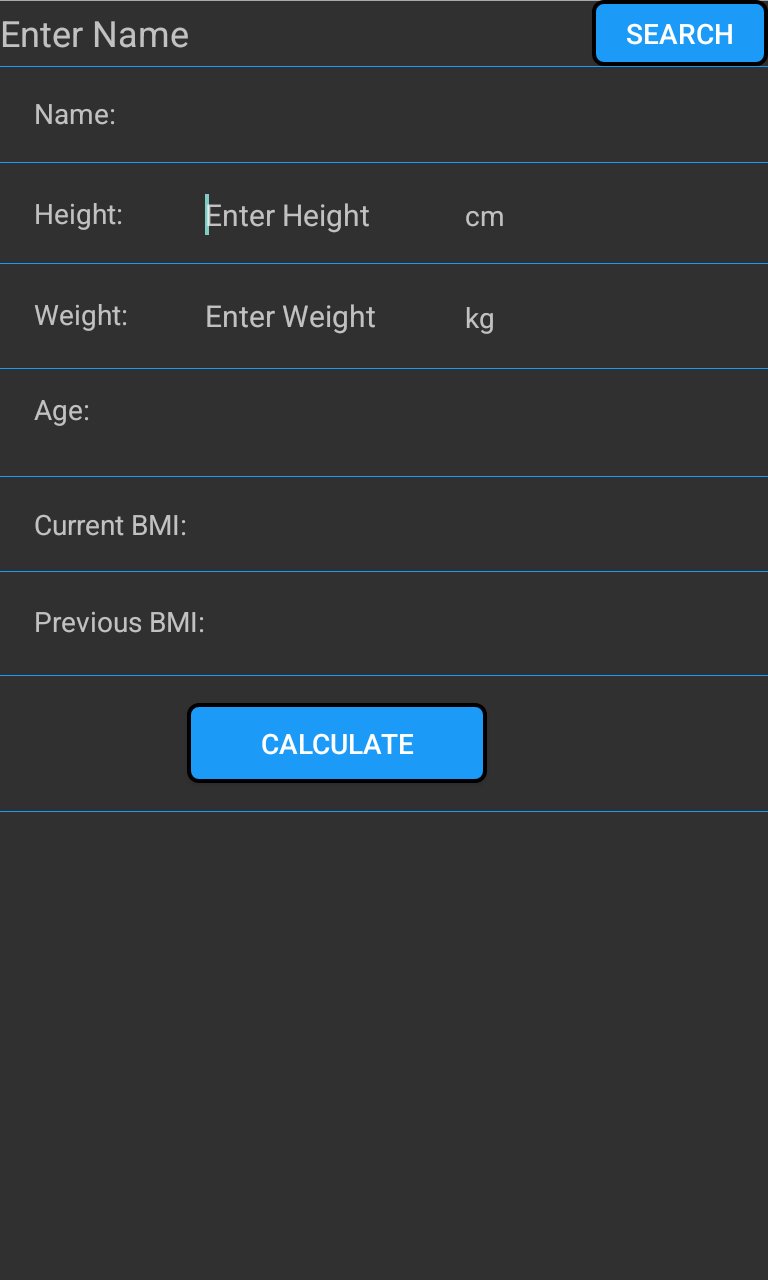
Repository: Team-7/prototype.6
Layout: workspace/Hope World Wide/res/layout/bmi.xml
These files come from the project's save history. The layout is drawn as it stood at one moment and after the next save; the edit follows.
It is drawn on a 768 x 1280 px phone screen (xhdpi) without system bars, with theme AppTheme; the app's code is not run.

Above is the layout before, as saved 2014-05-31 12:40:04.

### workspace/Hope World Wide/res/layout/bmi.xml
<?xml version="1.0" encoding="utf-8"?>
<RelativeLayout xmlns:android="http://schemas.android.com/apk/res/android"
    xmlns:tools="http://schemas.android.com/tools"
    android:id="@+id/container"
    android:layout_width="match_parent"
    android:layout_height="wrap_content"
    android:focusable="true"
    tools:context="com.example.hwwv2.MainActivity"
    tools:ignore="MergeRootFrame" >

    <AutoCompleteTextView
        android:id="@+id/auto_names"
        android:layout_width="match_parent"
        android:layout_height="33dp"
        android:layout_alignParentLeft="true"
        android:layout_alignParentTop="true"
        android:layout_toLeftOf="@+id/button2"
        android:background="@null"
        android:ems="10"
        android:hint="@string/search"
        android:inputType="text" />

    <View
        android:id="@+id/view1"
        android:layout_width="fill_parent"
        android:layout_height="0.2dp"
        android:layout_alignParentLeft="true"
        android:layout_below="@+id/auto_names"
        android:background="#1B9AF7"
        android:paddingBottom="3dp" />

    <TextView
        android:id="@+id/Name"
        android:layout_width="wrap_content"
        android:layout_height="wrap_content"
        android:layout_alignParentLeft="true"
        android:layout_below="@+id/auto_names"
        android:layout_marginLeft="17dp"
        android:layout_marginTop="14dp"
        android:text="@string/name" />

    <View
        android:id="@+id/View01"
        android:layout_width="fill_parent"
        android:layout_height="0.2dp"
        android:layout_alignParentLeft="true"
        android:layout_below="@+id/Name"
        android:layout_marginTop="15dp"
        android:background="#1B9AF7"
        android:paddingBottom="3dp" />

    <TextView
        android:id="@+id/textView1"
        android:layout_width="wrap_content"
        android:layout_height="wrap_content"
        android:layout_alignLeft="@+id/Name"
        android:layout_below="@+id/Name"
        android:layout_marginTop="31dp"
        android:text="@string/height" />

    <View
        android:id="@+id/View02"
        android:layout_width="fill_parent"
        android:layout_height="0.2dp"
        android:layout_alignParentLeft="true"
        android:layout_below="@+id/heightvalue"
        android:layout_marginTop="14dp"
        android:background="#1B9AF7"
        android:paddingBottom="3dp" />

    <TextView
        android:id="@+id/weight"
        android:layout_width="wrap_content"
        android:layout_height="wrap_content"
        android:layout_alignLeft="@+id/textView1"
        android:layout_below="@+id/heightvalue"
        android:layout_marginTop="30dp"
        android:text="@string/weight" />

    <View
        android:id="@+id/View03"
        android:layout_width="fill_parent"
        android:layout_height="0.2dp"
        android:layout_alignParentLeft="true"
        android:layout_below="@+id/editText2"
        android:layout_marginTop="16dp"
        android:background="#1B9AF7"
        android:paddingBottom="3dp" />

    <View
        android:id="@+id/View05"
        android:layout_width="fill_parent"
        android:layout_height="0.2dp"
        android:layout_alignParentLeft="true"
        android:layout_below="@+id/View05"
        android:background="@android:color/darker_gray"
        android:paddingBottom="3dp" />

    <TextView
        android:id="@+id/textView3"
        android:layout_width="wrap_content"
        android:layout_height="wrap_content"
        android:layout_alignBaseline="@+id/heightvalue"
        android:layout_alignBottom="@+id/heightvalue"
        android:layout_alignRight="@+id/heightvalue"
        android:text="@string/cm" />

    <TextView
        android:id="@+id/textView4"
        android:layout_width="wrap_content"
        android:layout_height="wrap_content"
        android:layout_alignBottom="@+id/editText2"
        android:layout_alignLeft="@+id/textView3"
        android:text="@string/kg" />

    <TextView
        android:id="@+id/age"
        android:layout_width="wrap_content"
        android:layout_height="wrap_content"
        android:layout_alignLeft="@+id/weight"
        android:layout_below="@+id/editText2"
        android:layout_marginTop="27dp"
        android:text="@string/age" />

    <Button
        android:id="@+id/button2"
        android:layout_width="wrap_content"
        android:layout_height="wrap_content"
        android:layout_alignBottom="@+id/auto_names"
        android:layout_alignParentRight="true"
        android:layout_alignParentTop="true"
        android:background="@drawable/calculate"
        android:text="@string/mySearch"
        android:textColor="#ffffff" />

    <TextView
        android:id="@+id/textView5"
        android:layout_width="match_parent"
        android:layout_height="wrap_content"
        android:layout_above="@+id/textView1"
        android:layout_alignLeft="@+id/heightvalue"
        android:textSize="15sp" />

    <EditText
        android:id="@+id/editText2"
        android:layout_width="150dp"
        android:layout_height="wrap_content"
        android:layout_alignTop="@+id/weight"
        android:layout_toRightOf="@+id/bmi"
        android:background="@null"
        android:ems="10"
        android:hint="@string/weightHint"
        android:inputType="numberDecimal"
        android:maxLength="4"
        android:textSize="15sp" />

    <View
        android:id="@+id/View06"
        android:layout_width="fill_parent"
        android:layout_height="0.2dp"
        android:layout_alignParentLeft="true"
        android:layout_below="@+id/textView2"
        android:layout_marginTop="14dp"
        android:background="#1B9AF7"
        android:paddingBottom="3dp" />

    <TextView
        android:id="@+id/textView9"
        android:layout_width="100dp"
        android:layout_height="wrap_content"
        android:layout_alignLeft="@+id/textView6"
        android:layout_alignTop="@+id/textView2"
        android:textSize="15sp" />

    <View
        android:id="@+id/View07"
        android:layout_width="fill_parent"
        android:layout_height="0.2dp"
        android:layout_alignParentLeft="true"
        android:layout_below="@+id/textView7"
        android:layout_marginTop="16dp"
        android:background="#1B9AF7"
        android:paddingBottom="3dp" />

    <Button
        android:id="@+id/button1"
        android:layout_width="150dp"
        android:layout_height="40dp"
        android:layout_below="@+id/textView7"
        android:layout_marginTop="30dp"
        android:layout_toRightOf="@+id/textView2"
        android:background="@drawable/calculate"
        android:text="@string/calculate"
        android:textColor="#ffffff" />

    <View
        android:id="@+id/View08"
        android:layout_width="fill_parent"
        android:layout_height="0.2dp"
        android:layout_alignParentLeft="true"
        android:layout_below="@+id/button1"
        android:layout_marginTop="14dp"
        android:background="#1B9AF7"
        android:paddingBottom="3dp" />

    <TextView
        android:id="@+id/textView10"
        android:layout_width="300dp"
        android:layout_height="wrap_content"
        android:layout_below="@+id/button1"
        android:layout_centerHorizontal="true"
        android:layout_marginTop="20dp"
        android:gravity="center"
        android:textSize="15sp" />

    <TextView
        android:id="@+id/textView2"
        android:layout_width="wrap_content"
        android:layout_height="wrap_content"
        android:layout_alignLeft="@+id/age"
        android:layout_below="@+id/textView6"
        android:layout_marginTop="37dp"
        android:text="@string/currentBMI" />

    <TextView
        android:id="@+id/bmi"
        android:layout_width="wrap_content"
        android:layout_height="wrap_content"
        android:layout_alignLeft="@+id/textView2"
        android:layout_below="@+id/textView9"
        android:layout_marginTop="28dp"
        android:text="@string/previousBMI" />

    <TextView
        android:id="@+id/textView6"
        android:layout_width="150dp"
        android:layout_height="wrap_content"
        android:layout_alignTop="@+id/age"
        android:layout_toLeftOf="@+id/button2"
        android:textSize="15sp" />

    <View
        android:id="@+id/View19"
        android:layout_width="wrap_content"
        android:layout_height="0.2dp"
        android:layout_above="@+id/textView9"
        android:layout_alignParentLeft="true"
        android:layout_marginBottom="14dp"
        android:background="#1B9AF7"
        android:paddingBottom="3dp" />

    <View
        android:id="@+id/View04"
        android:layout_width="wrap_content"
        android:layout_height="0.2dp"
        android:layout_above="@+id/View04"
        android:layout_alignParentLeft="true"
        android:background="@android:color/darker_gray"
        android:paddingBottom="3dp" />

    <TextView
        android:id="@+id/textView7"
        android:layout_width="150dp"
        android:layout_height="wrap_content"
        android:layout_alignLeft="@+id/textView9"
        android:layout_alignTop="@+id/bmi"
        android:textSize="15sp" />

    <EditText
        android:id="@+id/heightvalue"
        android:layout_width="150dp"
        android:layout_height="wrap_content"
        android:layout_alignLeft="@+id/editText2"
        android:layout_alignTop="@+id/textView1"
        android:background="@null"
        android:ems="10"
        android:hint="@string/heightValue"
        android:inputType="number"
        android:maxLength="3"
        android:textSize="15sp" >

        <requestFocus />
    </EditText>

    <TextView
        android:id="@+id/textView11"
        android:layout_width="wrap_content"
        android:layout_height="wrap_content"
        android:layout_alignLeft="@+id/editText2"
        android:layout_alignRight="@+id/button1"
        android:layout_below="@+id/weight"
        android:textAppearance="?android:attr/textAppearanceSmall" />

    <TextView
        android:id="@+id/textView12"
        android:layout_width="wrap_content"
        android:layout_height="wrap_content"
        android:layout_alignBottom="@+id/View02"
        android:layout_alignLeft="@+id/textView6"
        android:layout_alignRight="@+id/textView11"
        android:layout_below="@+id/textView1"
        android:textAppearance="?android:attr/textAppearanceSmall" />

</RelativeLayout>

### workspace/Hope World Wide/res/values/styles.xml
<resources>

    <!--
        Base application theme, dependent on API level. This theme is replaced
        by AppBaseTheme from res/values-vXX/styles.xml on newer devices.
    -->


    <!-- Application theme. -->
    <style name="AppTheme" parent="Theme.AppCompat">
        <!-- All customizations that are NOT specific to a particular API-level can go here. -->
    </style>

    <style name="Text"> </style>
    <style name="Text.Strong">
           <item name="@android:paddingLeft">2dp</item>
           <item name="@android:paddingBottom">2dp</item>
           <item name="@android:textColor">#000000</item>
           <item name="@android:textStyle">bold|italic</item>
     </style>

     <style name="Text.Strong.Blurry">
           <item name="@android:shadowColor">#BBBBBB</item>
           <item name="@android:shadowDx">2</item>
           <item name="@android:shadowDy">2</item>
           <item name="@android:shadowRadius">15</item>
           <item name="@android:textStyle">bold</item>
     </style>

</resources>

### workspace/Hope World Wide/res/values/strings.xml
<?xml version="1.0" encoding="utf-8"?>
<resources>

    <string name="app_name">HopeWorldWide</string>
    <string name="hello_world">Hello world!</string>
    <string name="action_settings">Settings</string>
    <string name="login"> Login</string>
    <string name="menu"> Home</string>
     <string name="myecd"> Search for ECD</string>
    <string name="username"> Username</string>
    <string name="password"> Password</string>

    <string name="name">Name: </string>
    <string name="height">Height: </string>
    <string name="heightValue">Enter Height</string> <!-- height hint -->
    <string name="weight">Weight: </string>
    <string name="weightHint">Enter Weight</string> <!-- weight hint -->
    <string name="mySearch">Search</string>
    <string name="logout">Logout</string>
    <string name="update">Update Child</string>
    <string name="bmiTitle">Child Information</string>
    <string name="save">Save</string>
    <string name="cancel">Cancel</string>


    <string name="age">Age: </string>
    <string name="calculate">Calculate</string>
    <string name="currentBMI">Current BMI: </string>
    <string name="previousBMI">Previous BMI: </string>
     <string name="AutoCompleteTextView"></string>

     <string name="cm">cm</string>
      <string name="kg">kg</string>
       <string name="hopeworldwide">     \t\t Hope \n         World Wide</string>

       <string name="Login">Login</string> <!-- text in the login button -->
       <string name="login2">Login</string><!-- name of the login page  -->
       <string name="bmi">BMI Calculator</string> <!-- name of the page that calculate bmi -->

       <string name="landing">Hope World Wide</string>

       <!-- landing page buttons -->
        <string name="lButton1">BMI Calculator</string>
        <string name="lButton2">Add Child</string>
        <string name="lButton3">Synchronize Data</string>

        <string name="search">Enter Name</string>
        <string name="ecd">Enter ECD Name</string>
        <string name="ecd1">Search for ECD</string>
         <string name="autocompete">Auto complete</string>

         <string name="sync">Synchronize</string>

         <string name="updateC">Update Child</string>
         <string name="calc">BMI Calculator</string>
         <string name="addC">Add child</string>

         <string name="clogo">child logo</string>
         <string name="synclogo">sync logo</string>
         <string name="calclogo">calc logo</string>
         <string name="addlogo">add logo</string>
         <string name="logoutlogo">logout logo</string>
         <string name="updatelogo">update logo</string>


</resources>

### workspace/Hope World Wide/res/drawable/calculate.xml
<?xml version="1.0" encoding="utf-8"?>
<shape xmlns:android="http://schemas.android.com/apk/res/android"
    android:shape="rectangle" >

    <stroke android:width="2dip" >
    </stroke>

    <solid android:color="#1B9AF7" >
    </solid>

    <corners
        android:bottomLeftRadius="5dip"
        android:bottomRightRadius="5dip"
        android:topLeftRadius="5dip"
        android:topRightRadius="5dip" >
    </corners>

</shape>

After the next save:
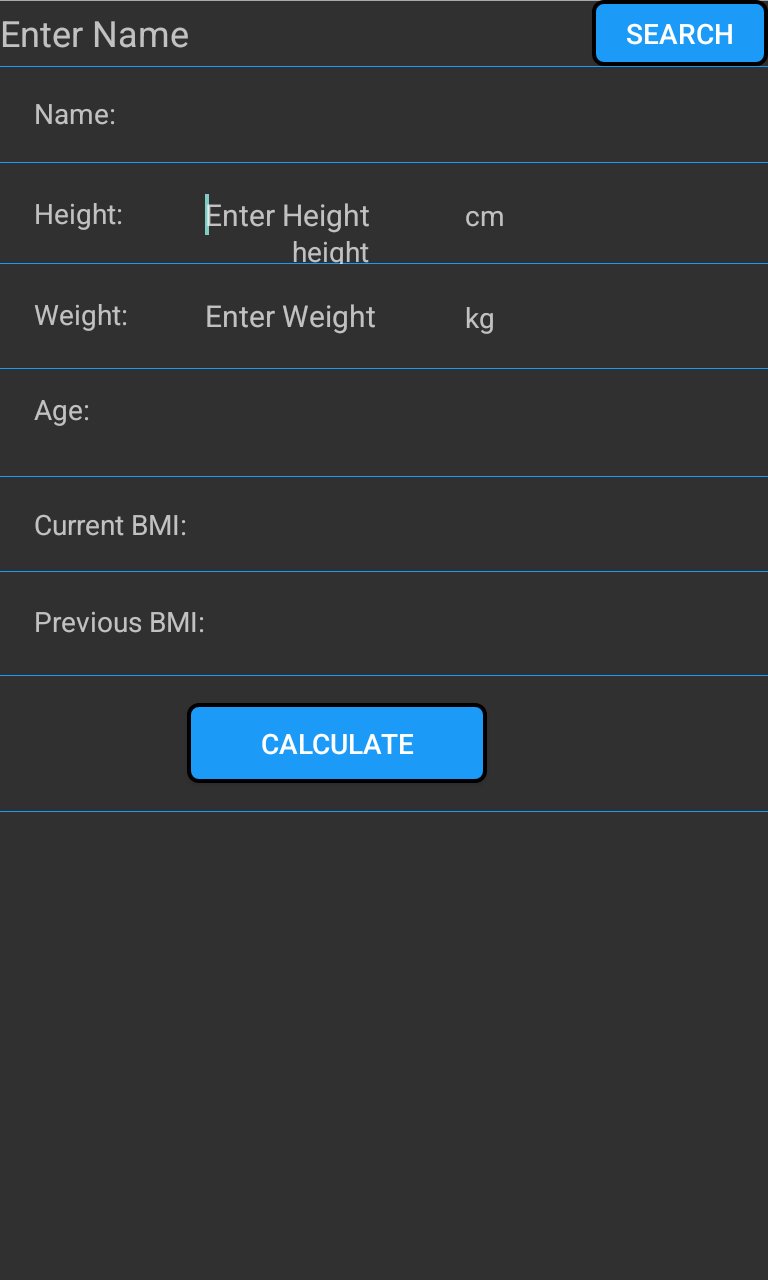
Saved 8 min 41 s later.
--- a/workspace/Hope World Wide/res/layout/bmi.xml
+++ b/workspace/Hope World Wide/res/layout/bmi.xml
@@ -299,6 +299,7 @@
         android:layout_alignLeft="@+id/textView6"
         android:layout_alignRight="@+id/textView11"
         android:layout_below="@+id/textView1"
+        android:text="height"
         android:textAppearance="?android:attr/textAppearanceSmall" />
 
 </RelativeLayout>

After the save that followed:
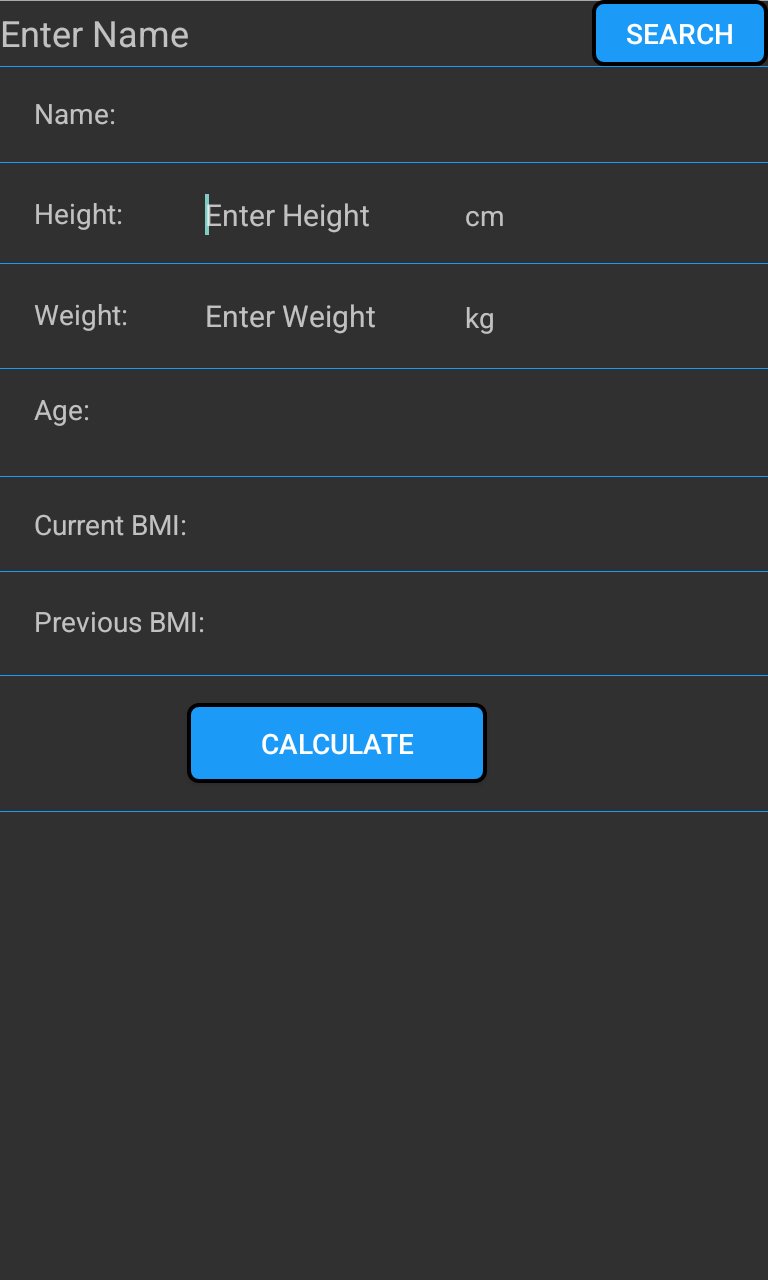
Saved 68 s later.
--- a/workspace/Hope World Wide/res/layout/bmi.xml
+++ b/workspace/Hope World Wide/res/layout/bmi.xml
@@ -299,7 +299,6 @@
         android:layout_alignLeft="@+id/textView6"
         android:layout_alignRight="@+id/textView11"
         android:layout_below="@+id/textView1"
-        android:text="height"
         android:textAppearance="?android:attr/textAppearanceSmall" />
 
 </RelativeLayout>
